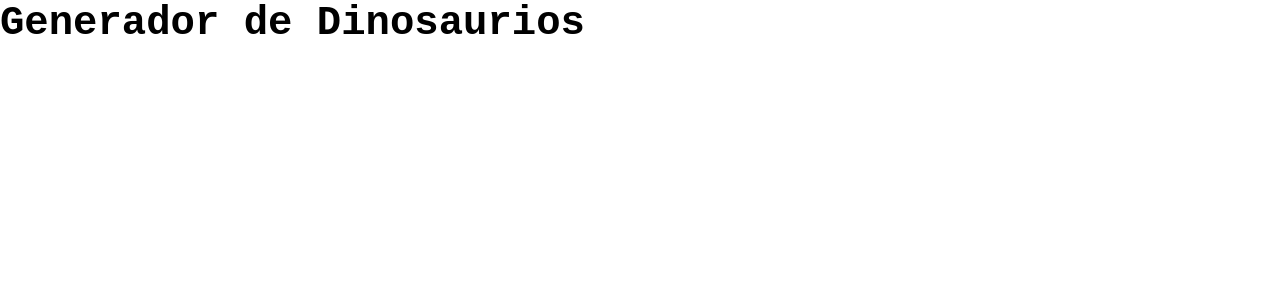
Repository: Pandrea-hub/generador-juegos
Page: public/index.html
The author's editor kept a copy of each file at every save. The page is drawn from the files as they stood at one save, then again after the next save.
The browser window is 1280 px wide. The pictures show the whole page.
The page's requests for data from a server got no answer.

Above is the page before, as saved 2022-04-24 13:04:50.

After the next save:
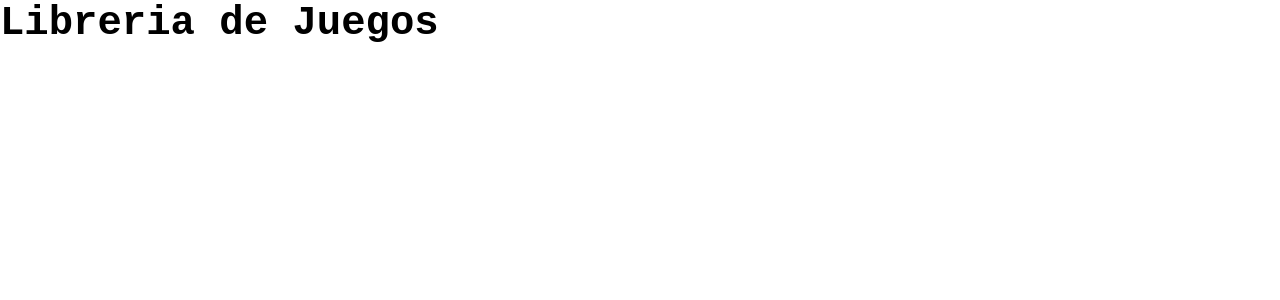
Saved 2 min 14 s later.
--- a/public/index.html
+++ b/public/index.html
@@ -8,7 +8,7 @@
     <link rel="stylesheet" href="./style.css">
 </head>
 <body>
-    <h1>Generador de Dinosaurios</h1>
+    <h1>Libreria de Juegos</h1>
     <script src="./script.js"></script>
 </body>
 </html>
